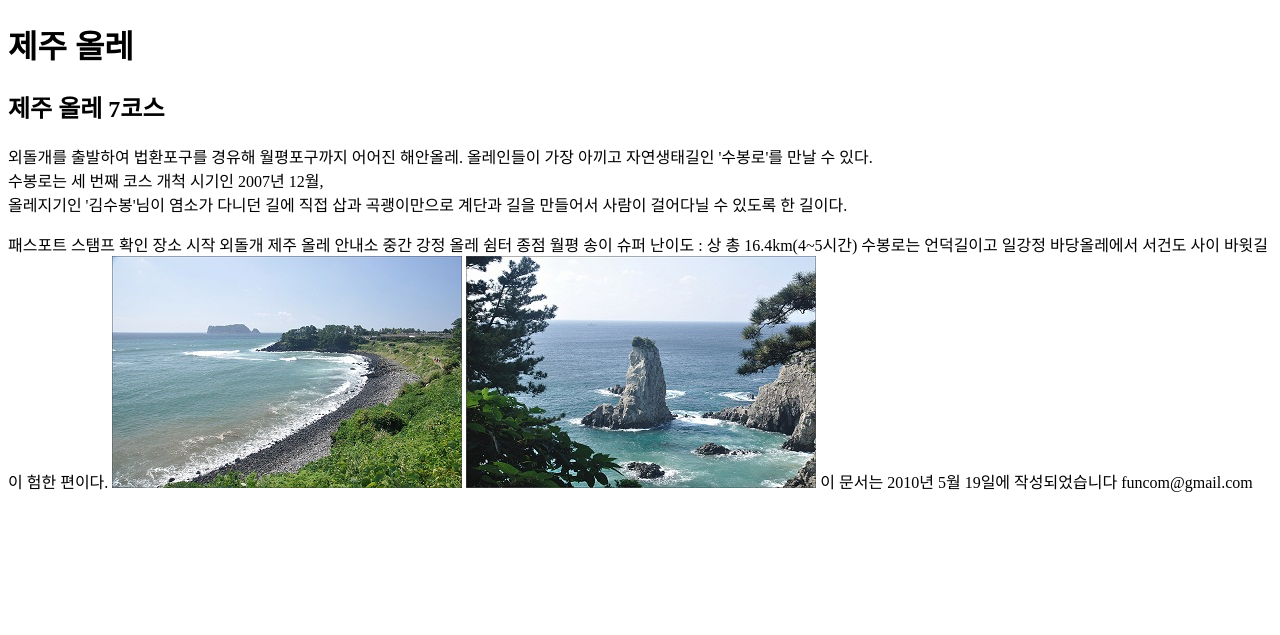
Repository: angelSuho/KCC_Learning_Repo
Page: Html/WebContent/sample02.html
The author's editor kept a copy of each file at every save. The page is drawn from the files as they stood at one save, then again after the next save.
The browser window is 1280 px wide. The pictures show the whole page.

Above is the page before, as saved 2024-07-08 07:08:16.

After the next save:
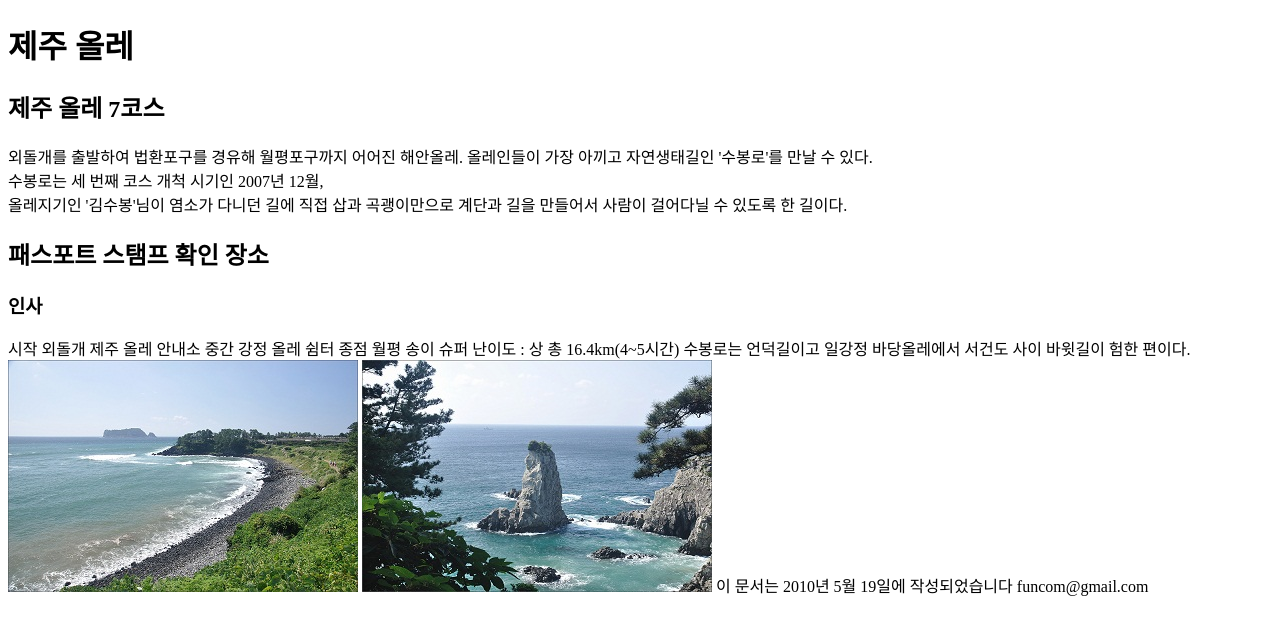
Saved 69 s later.
--- a/Html/WebContent/sample02.html
+++ b/Html/WebContent/sample02.html
@@ -13,8 +13,14 @@
 		올레지기인 '김수봉'님이 염소가 다니던 길에 직접 삽과 곡괭이만으로 계단과 길을 만들어서 사람이 걸어다닐 수 있도록 한 길이다.</p>
 	</header>
 
+	<section id="course">
+		<header>
+		<h2>패스포트 스탬프 확인 장소</h2>
+		</header>
+		<section id="greeting">
+			<header>
+				<h3>인사</h3>
 
-  패스포트 스탬프 확인 장소
  시작  외돌개 제주 올레 안내소
  중간  강정 올레 쉼터
  종점  월평 송이 슈퍼
